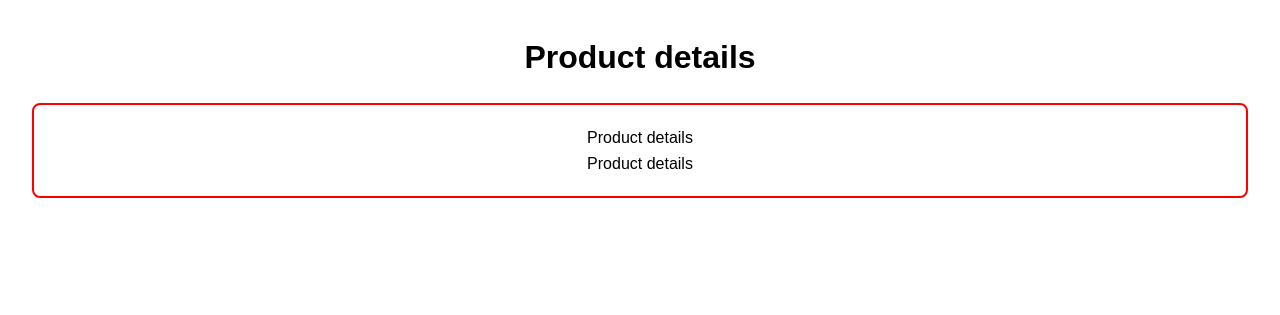
Repository: Manny1294/react-learning
Page: /
These files come from the project's save history. The page is drawn as it stood at one moment and after the next save; the edit follows.
The browser window is 1280 px wide. The pictures show the whole page.
The project was rebuilt for these pictures with package versions that can differ from the ones it lists, and the page was loaded fresh each time. Also part of the build but not shown: vite.config.js.

Above is the page before, as saved 2026-01-24 03:13:52.

After the next save:
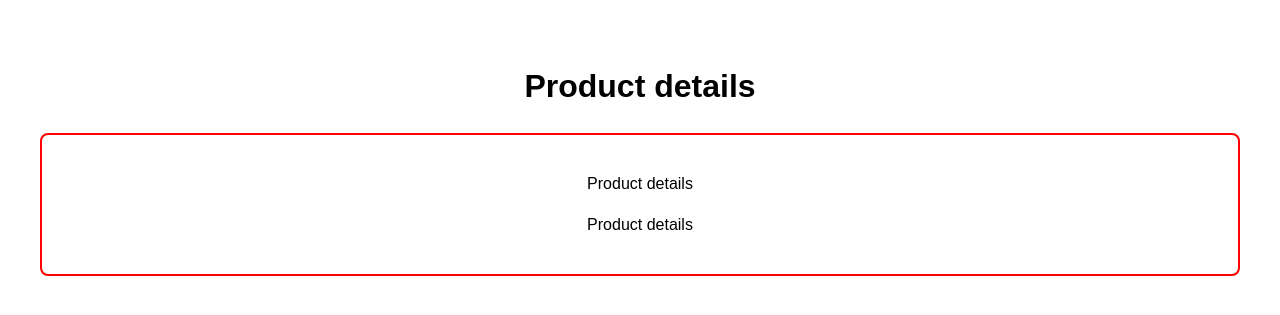
Saved 89 s later.
--- a/src/index.css
+++ b/src/index.css
@@ -1,8 +1,8 @@
-* {
+/* * {
   margin: 0;
   padding: 0;
   box-sizing: border-box;
-}
+} */
 
 body {
   font-family: Arial, Helvetica, sans-serif;

After the save that followed:
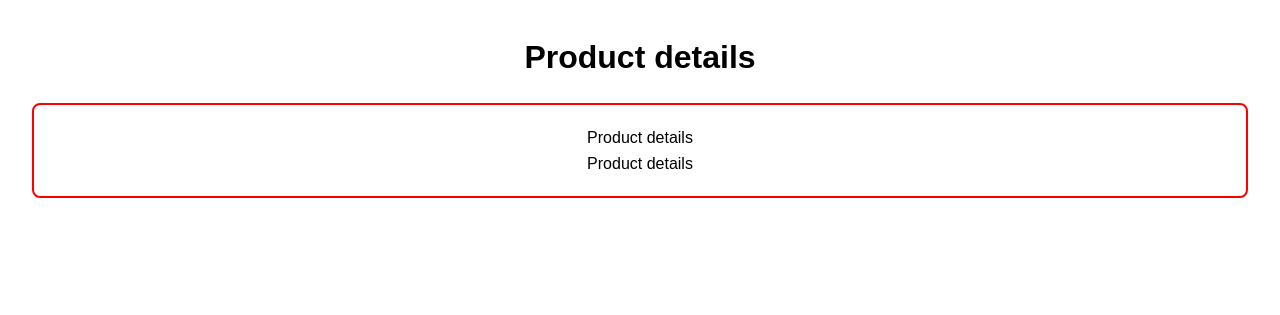
Saved 38 s later.
--- a/src/index.css
+++ b/src/index.css
@@ -1,8 +1,8 @@
-/* * {
+* {
   margin: 0;
   padding: 0;
   box-sizing: border-box;
-} */
+}
 
 body {
   font-family: Arial, Helvetica, sans-serif;
